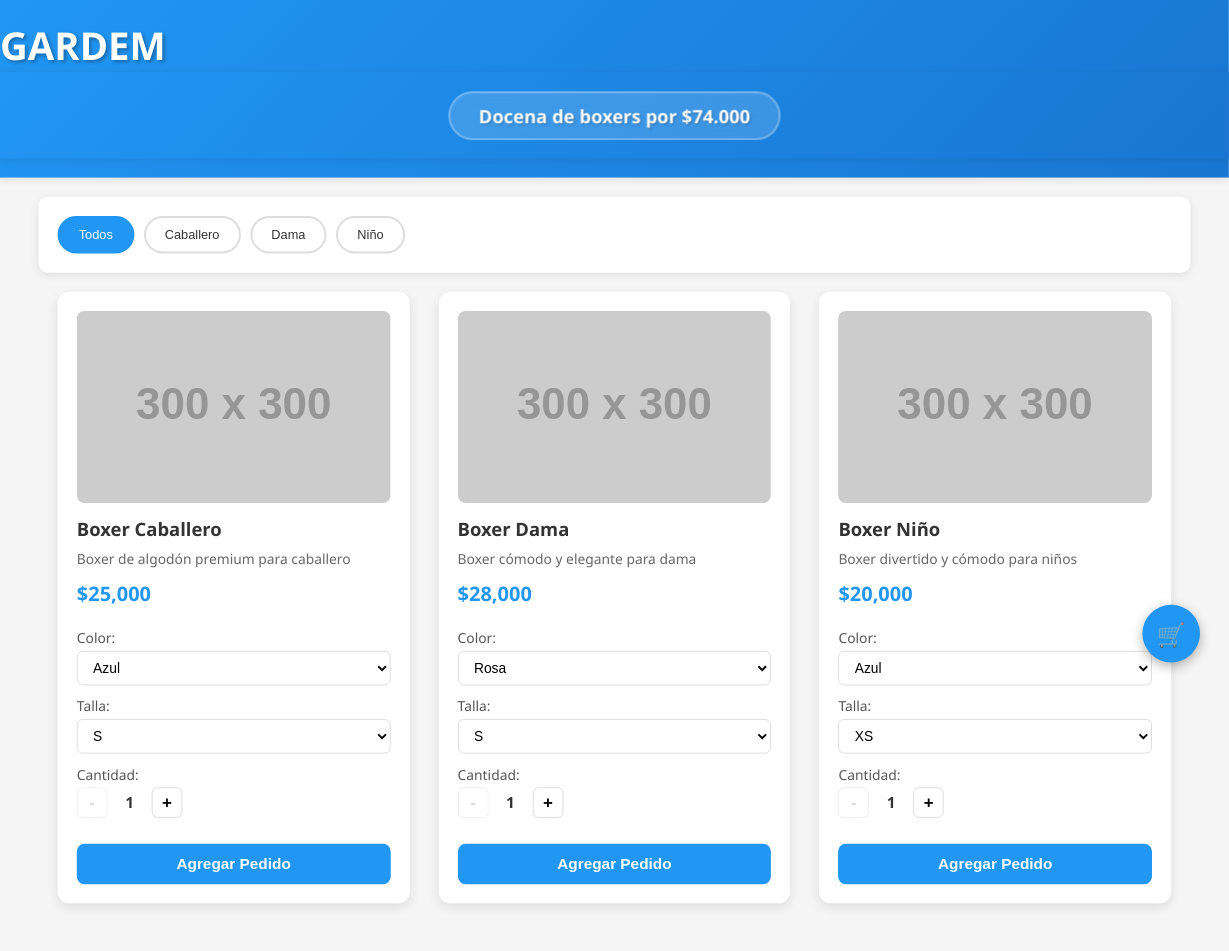
Repository: dasalgar123/gardem_react
Page: /
An editor plug-in stored every save of this project. The page is shown before and after the next save, followed by the edit.
The browser window is 1280 px wide. The pictures show the whole page, at 96% of full size.
The project was rebuilt for these pictures with package versions that can differ from the ones it lists, and the page was loaded fresh each time.

Above is the page before, as saved 2025-08-02 18:21:52.

After the next save:
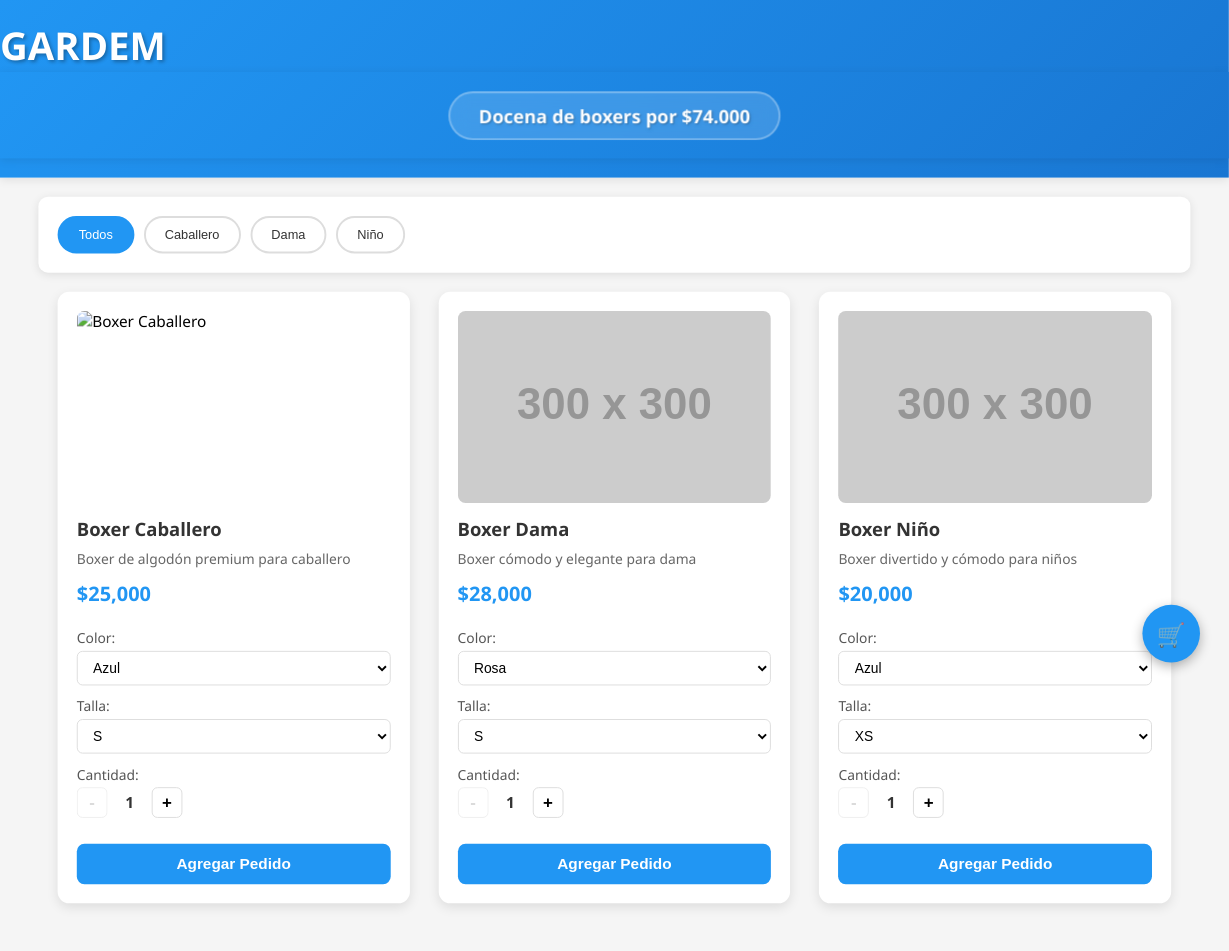
Not found: images/boxer1_1.jpeg
Saved 2 min 50 s later.
--- a/src/App.js
+++ b/src/App.js
@@ -23,7 +23,7 @@
       descripcion: "Boxer de algodón premium para caballero",
       precio: 25000,
       categoria: "caballero",
-      imagen: "https://via.placeholder.com/300x300/0066cc/ffffff?text=Boxer+Caballero",
+      imagen: "/images/boxer1_1.jpeg",
       colores: ["Azul", "Rojo", "Verde", "Negro"],
       tallas: ["S", "M", "L", "XL"]
     },

After the 4 saves that followed:
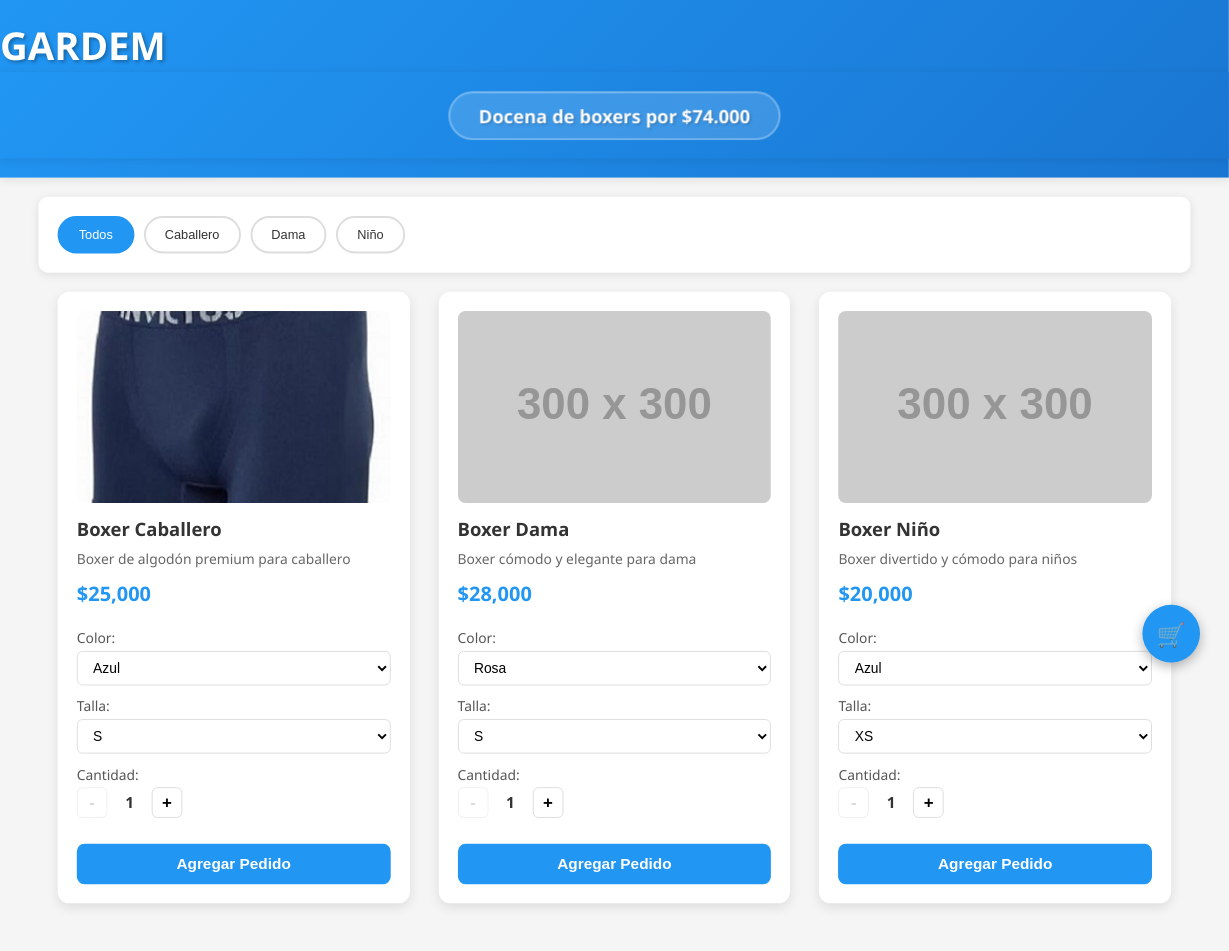
The 4 saves are shown as one change because 2 left the picture as it was and some came seconds apart.
The last was saved 2 min 25 s later.
--- a/src/App.js
+++ b/src/App.js
@@ -23,7 +23,7 @@
       descripcion: "Boxer de algodón premium para caballero",
       precio: 25000,
       categoria: "caballero",
-      imagen: "/images/boxer1_1.jpeg",
+      imagen: "/img/Caballeros/boxer1_1.jpeg",
       colores: ["Azul", "Rojo", "Verde", "Negro"],
       tallas: ["S", "M", "L", "XL"]
     },
